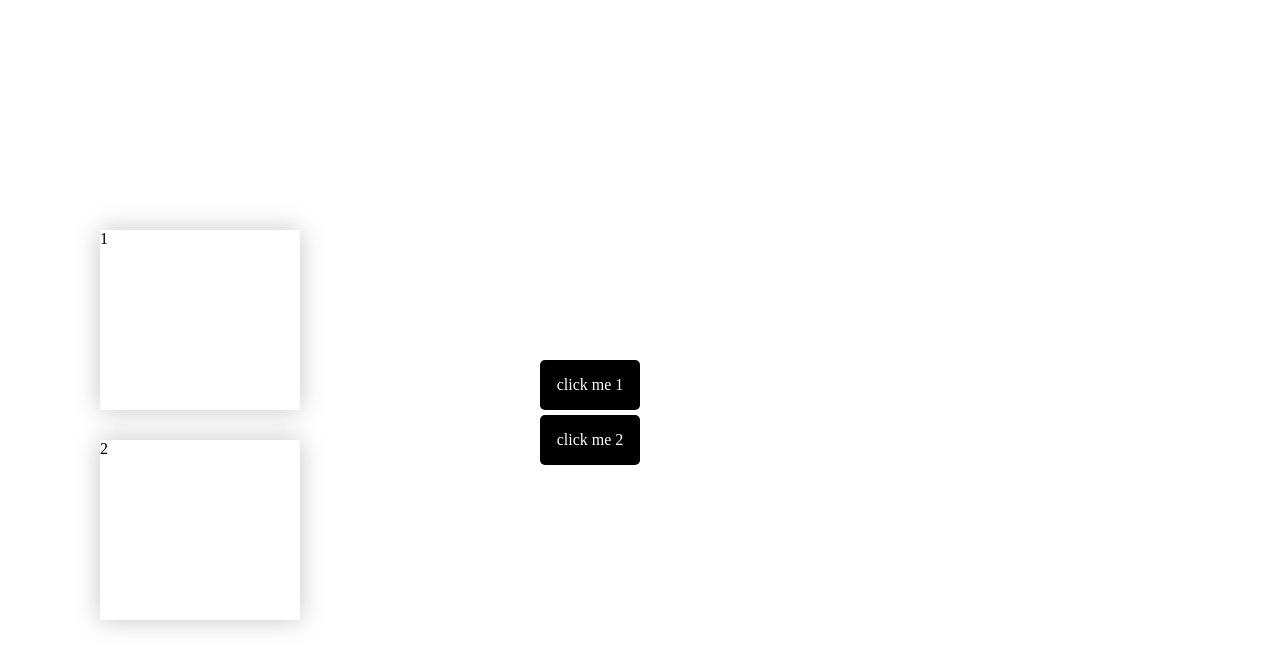
Repository: NguyenDucHung20002/project-demo2
Page: test/test2.html
These files come from the project's save history. The page is drawn as it stood at one moment and after the next save; the edit follows.
The browser window is 1280 px wide. The pictures show the whole page.
The style sheet was rebuilt from its Sass, Less or Tailwind sources for each picture, by a compiler version that may differ from the author's.

Above is the page before, as saved 2022-05-21 15:59:16.

After the next save:
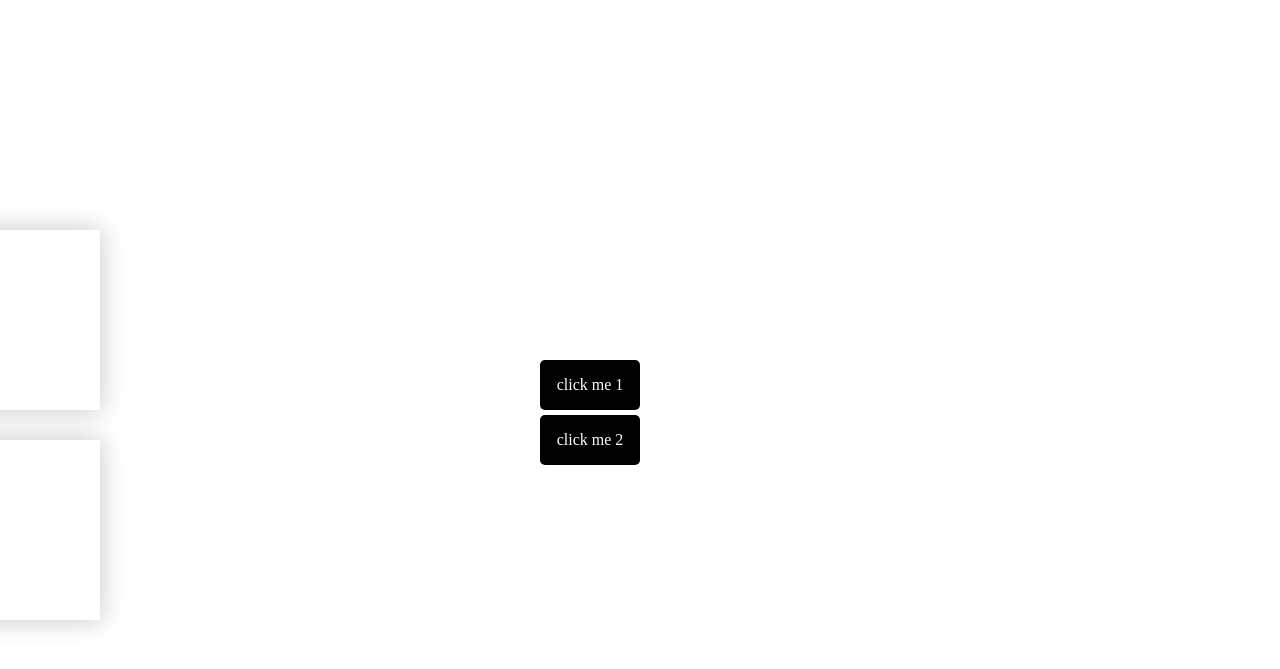
Saved 6 min 17 s later.
--- a/test/test2.scss
+++ b/test/test2.scss
@@ -17,7 +17,7 @@
 .active-added-product{
   position: absolute;
   bottom: 100px;
-  left: 100px;
+  left: -100px;
   &:last-child{
 
   }
@@ -30,5 +30,8 @@
   }
 }
 @keyframes show {
-
+  to{
+    opacity: 1;
+    left: 100px;
+  }
 }
